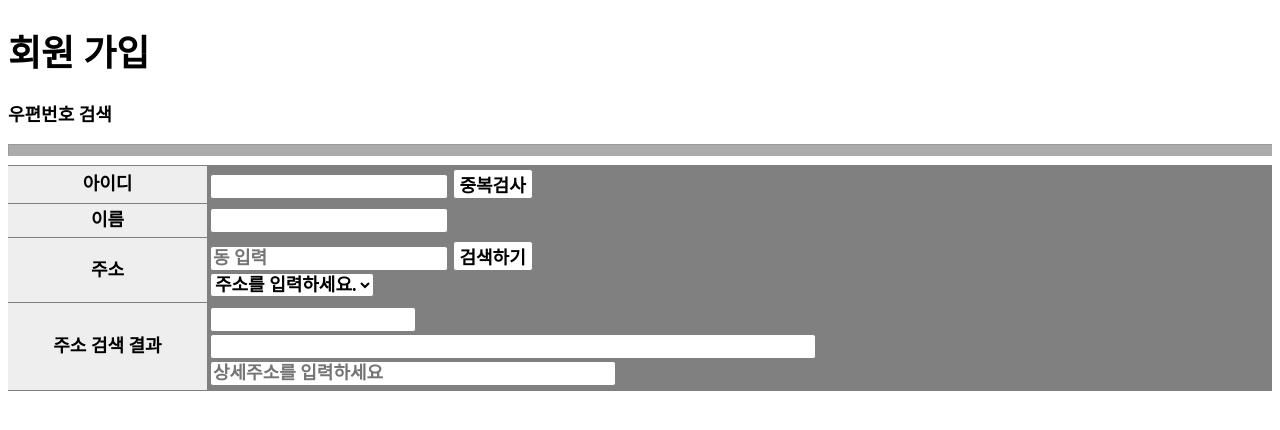
Repository: Umkimisstrong/UM_Webbb
Page: http://localhost/AjaxApp/AjaxTest04.jsp
These files come from the project's save history. The page is drawn as it stood at one moment and after the next save; the edit follows.
The browser window is 1280 px wide. The pictures show the whole page.
The page is served by Tomcat 9. Other server files are loaded and not shown.

Above is the page before, as saved 2022-05-10 07:30:22.

### AjaxApp/WebContent/AjaxTest04.jsp
<%@ page contentType="text/html; charset=UTF-8"%>
<%@ taglib prefix="c" uri="http://java.sun.com/jsp/jstl/core"%>
<%
	request.setCharacterEncoding("UTF-8");
	String cp = request.getContextPath();
%>
<!DOCTYPE html>
<html>
<head>
<meta charset="UTF-8">
<title>AjaxTest04.jsp</title>
<link rel="stylesheet" type="text/css" href="<%=cp%>/css/main.css">
<script type="text/javascript" src="<%=cp%>/js/ajax.js"></script>
<script type="text/javascript">

	function check()
	{
		// id 중복확인 체크
		alert("id중복확인하자");

		// id 얻어내기
		var id = document.getElementById("id").value;

		// URL 준비
		var url = "test03.do?id="+id;

		// AJAX 객체 생성(→ XMLHttpRequest 객체 생성)
		ajax = createAjax();

		//환경 설정(   open(방식, url, 비동기)   )
		ajax.open("GET", url, true);

		ajax.onreadystatechange = function()
		{
			if (ajax.readyState == 4 && ajax.status == 200)
			{
				// 업무 처리(→ 외부로 추출)
				callBack();
			}
		}

		ajax.send("");

	}

	// 아이디 중복 검사의 결과(1 or 0) 을통보받아
	// 사용자에게 메세지 출력 → sapn → result
	function callBack()
	{
		// 외부로 추출된 업무처리내용 구성(responseText / responseXML)
		alert("업무 처리용 callback 함수 호출~!");

		var result = ajax.responseText;
		var msg = "";
		var id = document.getElementById("id");

		result = parseInt(result);

		if (result == 1)
		{
			alert("중복");
			msg = "중복된 아이디입니다.";
			document.getElementById("result").innerHTML = msg;
			document.getElementById("result").style.color = "red";
			id.focus();
			return;

		}
		else
		{
			alert("중복아님");
			msg = "사용가능한 아이디입니다.";
			document.getElementById("result").innerHTML = msg;
			document.getElementById("result").style.color = "blue";
		}

	}

	function search()
	{
		alert("검색");

		var addr = document.getElementById("addr").value;

		var url = "test04.do?addr="+addr;

		ajax = createAjax();

		ajax.open("GET", url, true);

		ajax.onreadystatechange = function()
		{
			if (ajax.readyState==4 && ajax.status==200)
			{
				// 업무 수행
				callBack2();
			}
		}
		ajax.send("");
	}


	// 추출된 수행 업무
	// 우편번호 검색 결과를 통보받아서 사용자에게 안내해 줄 수 있도록 처리
	function callBack2()
	{
		alert("callBack2 검색업무 수행");

		// XML 문서 전체의 참조 객체.(흔히 XML 문서 객체라고 한다.)
		var doc = ajax.responseXML;

		// XML 문서의 최상위 엘리먼트(루트 엘리먼트)
		// 현재는 <list> 엘리먼트
		var root = doc.documentElement;

		// 모든 『<item>』 엘리먼트 반환받기
		var itemList = root.getElementsByTagName("item");
		// ▲ 배열 형태로 받음


		// select box 초기화
		document.getElementById("addrResult").innerHTML = "";

		// 검색 결과 확인
		if (itemList.length ==0)
		{
			// 찾지 못함
			document.getElementById("addrResult").innerHTML = "<option>주소를 입력하세요</option>";
		}
		else
		{
			// 찾음
			document.getElementById("addrResult").innerHTML = "<option value='0'>주소를 선택하세요</option>";
		}


		// 검색 결과가 존재할 경우.. 반복문을 순환하며 각 데이터 가져오기
		for (var i = 0; i < itemList.length; i++)	//-- 수신한 아이템의 갯수만큼 반복 순환
		{
			var zipcode = itemList[i].getElementsByTagName("zipcode")[0];
			var address = itemList[i].getElementsByTagName("address")[0];

			// ※ 태그가 가지는 텍스트는
			//    태그의 첫 번째 자식......
			//    텍스트 노드의 값은
			//    nodeValue 로 가져온다.

			var zipcodeText = zipcode.firstChild.nodeValue;
			var addressText = address.firstChild.nodeValue;

			// select box 에 옵션 추가
			document.getElementById("addrResult").innerHTML
			+= "<option value='" + zipcodeText + "/" + addressText  + "'>["
			   + zipcodeText + "] " + addressText + "</option>";
		}
	}

	// 주소를 선택했을 때 (선택값의 변화가 생길 때 기능하는 함수)
	function selectZipCode(sel)
	{
		alert("주소선택중");

		alert(sel.value);

		if (sel.value != "0")
		{
			//06253 / 서울특별시 강남구 강남대로 298 (역삼동, 푸르덴셜타워)
			document.getElementById("addr1").value = sel.value.split("/")[0];
			document.getElementById("addr2").value = sel.value.split("/")[1];
			document.getElementById("addr3").focus();

		}
	}

</script>



</head>
<body>

<div>
	<h1>회원 가입</h1>
	<p>우편번호 검색</p>
	<hr />
</div>



<table class="table">
	<tr>
		<th>아이디</th>
		<td>
			<input type="text" id="id" class="control"/>
			<input type="button" value="중복검사" class="control" onclick="check()"/>
			<span id="result"></span>
		</td>
	</tr>

	<tr>
		<th>이름</th>
		<td>
			<input type="text" id="name" class="control" />
		</td>
	</tr>

	<tr>
		<th>주소</th>
		<td>
			<input type="text" id="addr" style="color: black;" class="control" placeholder="동 입력"
			            />
			<input type="button" value="검색하기" class="control" onclick="search()"/>

			<br />
			<select name="" id="addrResult" class="control" onchange="selectZipCode(this)">
				<option value="">주소를 입력하세요.</option>
			</select>
		</td>
	</tr>
	<tr>
		<th>주소 검색 결과</th>
		<td>
			<input type="text" id="addr1" class="control" readonly="readonly"
			       style="width: 200px;"  />
			       <br />
			<input type="text" id="addr2" class="control" readonly="readonly"
			       style="width: 600px;"  />
			       <br />
			<input type="text" id="addr3" class="control" placeholder="상세주소를 입력하세요"
			       style="width: 400px; color: black;"  />
		</td>
	</tr>
</table>











</body>
</html>

### AjaxApp/WebContent/css/main.css
@charset "UTF-8";

*
{
	background-color: white;
	font-family: 나눔고딕코딩;
	color: black;
	font-weight: bold;
}
hr
{
	background-color: #ababab;
	height: 10px;
	border-bottom-color: #ababab;
	border-right-color: #ababab;
}
body, p, div, span, input, table, th, td, select
{
	font-size: 18px;
	font-weight: bold;
}
.txt
{
	font-weight: bold;
	background-color: white;
	width:150px;
}
.txt:focus
{
	font-weight: bold;
	background-color: #948716;
	width:150px;
}

.control
{
	border: 1px solid grey;
	border-radius: 3px;
	font-weight: bold;
	color: black;
}

.table
{
	border-collapse: collapse;
	width: 100%;
	font-weight: bold;
}

.table th, .table td
{
	border: 1px solid grey;
	border-left: 1px;
	border-right: 1px;
	padding: 3px;
	line-height: 150%;
	font-weight: bold;
}
.table td
{
	background-color: gray;
	font-weight: bold;
}
.table th
{
	font-weight: bold;
	background-color: #EEE;
}
.btn
{
	background-color: #8d6c2e;
}

.btn01
{
	font-weight: bold;
	width: 80px;
	color: blue;
	background-color: gray;

}
.btn02
{
	font-weight: bold;
	width: 80px;
	color: red;
	background-color: gray;
}

.btn:hover
{
	font-weight: bold;
	color: white;
	background-color: tomato;
}

### AjaxApp/WebContent/js/ajax.js
/**
 * ajax.js
 */


var ajax = null;

// AJAX 객체(XMLHttpRequest) 생성 함수
function createAjax()
{
	/*
	// ActiveXObject 지원하는 브라우저라면..
	if (window.ActiveXObject)	// ▣ Internet Explorer 7 이전
	{
		// 이와 같은 방식으로 XMLHttpRequest 객체를 생성해서 반환해라.
		//       ActiveXObject 객체 → XMLHttpRequest 객체의 대리 객체
		return new ActiveXObject("Msxml2.XMLHTTP");
	}
	else						// ◈ 그 외 브라우저이면
	{
		if (window.XMLHttpRequest)	// ◈ ● 그 외 브라우저 중 XMLHttpRequest 지원 브라우저라면
		{
			// 이와 같은 방식으로 새로운(new) XMLHttpRequest객체를 생성 해서 반환해라.
			return new XMLHttpRequest();
		}
		else						// ◈ ○ AJAX 를 지원하지 않는 브라우저라면
		{
			// null 을 반환해라
			return null;
		}
	}
	*/
	if (window.XMLHttpRequest)
	{
		return new XMLHttpRequest();
	}
	else if (window.ActiveXObject)
	{
		//return new ActiveXObect("Msxml2.XMLHTTP");       // 뭘써도상관없음
		return new ActiveXObject("Microsoft.XMLHTTP");    // 뭘써도상관없음
	}
	else
	{
		return null;
	}

}

After the next save:
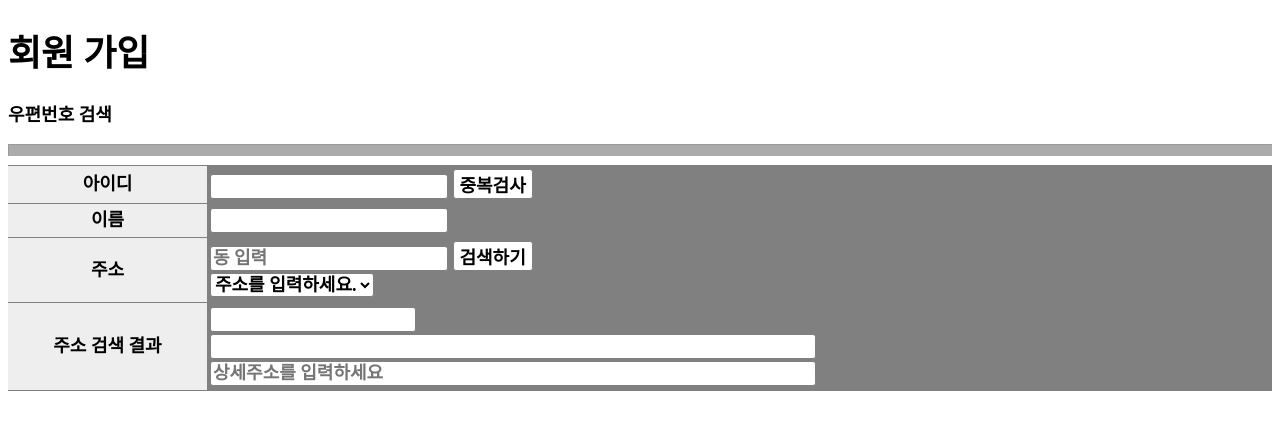
Saved 7 s later.
--- a/AjaxApp/WebContent/AjaxTest04.jsp
+++ b/AjaxApp/WebContent/AjaxTest04.jsp
@@ -227,7 +227,7 @@
 			       style="width: 600px;"  />
 			       <br />
 			<input type="text" id="addr3" class="control" placeholder="상세주소를 입력하세요"
-			       style="width: 400px; color: black;"  />
+			       style="width: 600px; color: black;"  />
 		</td>
 	</tr>
 </table>
